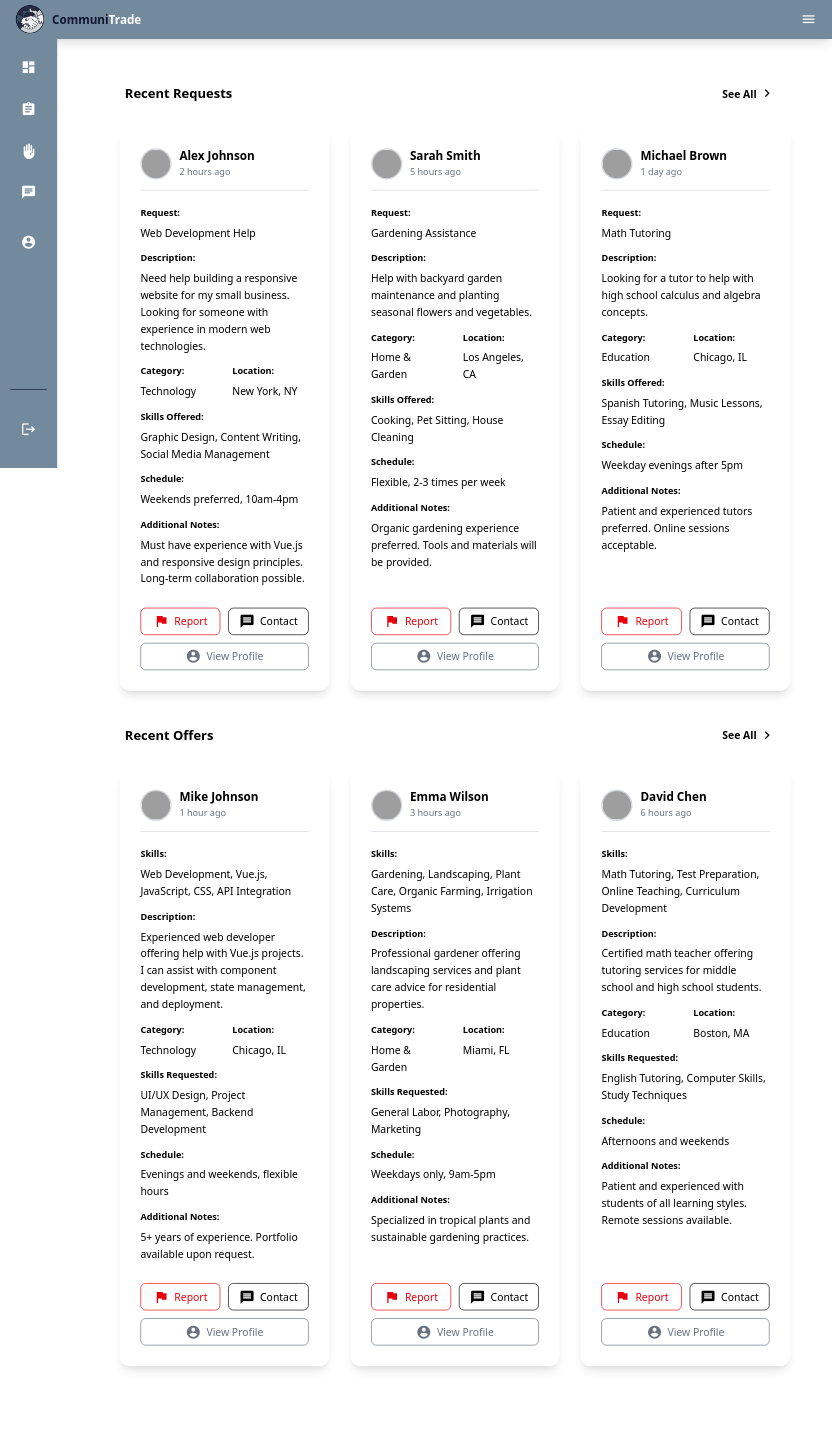
Repository: wholaanmo/communitrade_app
Page: /user/dashboard
These files come from the project's save history. The page is drawn as it stood at one moment and after the next save; the edit follows.
The browser window is 1280 px wide. The pictures show the whole page, at 65% of full size.
Pictures or frames that could not be fetched are drawn as grey boxes. The project was rebuilt for these pictures with package versions that can differ from the ones it lists, and the page was loaded fresh each time. Some packages were replaced by stand-ins written for this rebuild. The framework's server and built-in components were replaced by stand-ins that run in the browser. Also part of the build but not shown: next.config.mjs.

Above is the page before, as saved 2025-10-28 01:38:36.

### app/layout.js
import './globals.css';

export const metadata = {
  title: 'CommuniTrade - Community-Based Trading',
  description: 'Your platform for community-based trading and sharing of skills and services without using money.',
}

export default function RootLayout({ children }) {
  return (
    <html lang="en">
      <head>
        <link href="https://fonts.googleapis.com/css2?family=Poppins:wght@300;400;500;600;700&display=swap" rel="stylesheet" />
        <link href="https://cdnjs.cloudflare.com/ajax/libs/font-awesome/6.0.0/css/all.min.css" rel="stylesheet" />
        <link href="https://fonts.googleapis.com/icon?family=Material+Icons" rel="stylesheet" />

      </head>
      <body>{children}</body>
    </html>
  )
}

### app/user/layout.js
'use client'

import { useState } from 'react'
import UserNavbar from '@/components/user/UserNavbar'
import UserSidebar from '@/components/user/UserSidebar'

export default function UserLayout({ children }) {
  const [sidebarOpen, setSidebarOpen] = useState(false)

  const toggleSidebar = () => {
    setSidebarOpen(!sidebarOpen)
  }

  return (
    <div className="user-layout min-h-screen">
      <UserNavbar toggleSidebar={toggleSidebar} />
      <div className="layout-body flex min-h-[calc(100vh-60px)] mt-[60px]">
        <UserSidebar isOpen={sidebarOpen} onToggle={setSidebarOpen} />
        <main className={`user-content flex-1 transition-all duration-500 ease-out p-8 ${
          sidebarOpen ? 'ml-[var(--sidebar-width)]' : 'ml-[calc(3.5rem+32px)]'
        }`}>
          {children}
        </main>
      </div>

      <style jsx global>{`
        :root {
          --sidebar-width: 220px; /* reduced from 280px */
        }
      `}</style>

      <style jsx>{`
        @media (max-width: 768px) {
          .user-content {
            margin-left: 0 !important;
            padding: 1rem;
          }
        }
      `}</style>
    </div>
  )
}

### app/globals.css
@import "tailwindcss";


:root {
  --primary: #121731;
  --grey: #728a9c;
  --light: #ffffff;
  --dark-alt: #555555;
}

### components/user/UserNavbar.js
'use client'

export default function Navbar({ toggleSidebar }) {
  return (
    <nav className="navbar fixed top-0 left-0 right-0 h-15 bg-[#728a9c] text-white z-50 shadow-lg">
      <div className="navbar-content flex items-center justify-between h-full px-4">
        <div className="navbar-left flex items-center">
          <div className="logo-container flex items-center gap-2">
            <img
              src="../assets/CommuniTrade.png"
              alt="CommuniTrade Logo"
              className="logo-img w-13 h-13 object-contain ml-1"
            />
            <p className="logo-text font-bold text-lg text-[#121731]">
              Communi
              <span className="logo-text1 font-bold text-lg text-white">Trade</span>
            </p>
          </div>
        </div>

        <div className="navbar-right flex items-center">
          <button
            className="hamburger-btn flex items-center justify-center w-10 h-10 rounded-full transition-all duration-300 ease-in-out text-white"
            onClick={toggleSidebar}
          >
            <span className="material-icons">menu</span>
          </button>
        </div>
      </div>

      {/* Replaced style jsx → style, no design changes */}
      <style>
        {`
          .hamburger-btn:hover {
            color: #121731;
            transform: rotate(180deg);
          }

          @media (max-width: 480px) {
            .logo-text {
              font-size: 1rem;
            }

            .logo-img {
              width: 35px;
              height: 35px;
            }
          }

          @media (max-width: 360px) {
            .logo-text {
              font-size: 0.9rem;
            }
          }
        `}
      </style>
    </nav>
  )
}

### components/user/UserSidebar.jsx
'use client'

import { useState, useEffect } from 'react'
import Link from 'next/link'
import { useRouter } from 'next/navigation'

export default function Sidebar({ isOpen, onToggle }) {
  const [is_expanded, setIsExpanded] = useState(false)
  const router = useRouter()

  useEffect(() => {
    setIsExpanded(isOpen)
  }, [isOpen])

  const handleSignOut = () => {
    console.log('Sign out clicked')
  }

  return (
    <aside className={`
      flex flex-col items-center font-['Inter']
      min-h-[calc(100vh-60px)] overflow-hidden p-4
      bg-[#728a9c] text-[#121731] transition-all duration-500 ease-out
      fixed left-0 top-[60px] z-50
      ${is_expanded ? 'w-[280px] items-start' : 'w-[calc(3.5rem+32px)] items-center'}
    `}>
      {/* Menu Items */}
      <div className={`
        menu w-full m-0 flex flex-col flex-1
        ${is_expanded ? 'items-stretch' : 'items-center'}
      `}>
        <Link href="/" className={`
          button flex items-center no-underline p-4
          transition-all duration-200 ease-out rounded-lg mb-2
          hover:bg-white
          ${is_expanded ? 'justify-start' : 'justify-center w-full'}
        `}>
          <span className="material-icons text-2xl text-white transition-all duration-200 ease-out min-w-8 text-center hover:text-[#728a9c]">dashboard</span>
          <span className={`
            text-white transition-all duration-200 ease-out
            hover:text-[#728a9c]
            ${is_expanded ? 'opacity-100 w-auto pl-4' : 'opacity-0 w-0 overflow-hidden'}
          `}>Dashboard</span>
        </Link>

        <Link href="/request" className={`
          button flex items-center no-underline p-4
          transition-all duration-200 ease-out rounded-lg mb-2
          hover:bg-white
          ${is_expanded ? 'justify-start' : 'justify-center w-full'}
        `}>
          <span className="material-icons text-2xl text-white transition-all duration-200 ease-out min-w-8 text-center hover:text-[#728a9c]">assignment</span>
          <span className={`
            text-white transition-all duration-200 ease-out
            hover:text-[#728a9c]
            ${is_expanded ? 'opacity-100 w-auto pl-4' : 'opacity-0 w-0 overflow-hidden'}
          `}>Requests</span>
        </Link>

        <Link href="/offer" className={`
          button flex items-center no-underline p-4
          transition-all duration-200 ease-out rounded-lg mb-2
          hover:bg-white
          ${is_expanded ? 'justify-start' : 'justify-center w-full'}
        `}>
          <span className="material-icons text-2xl text-white transition-all duration-200 ease-out min-w-8 text-center hover:text-[#728a9c]">front_hand</span>
          <span className={`
            text-white transition-all duration-200 ease-out
            hover:text-[#728a9c]
            ${is_expanded ? 'opacity-100 w-auto pl-4' : 'opacity-0 w-0 overflow-hidden'}
          `}>Offers</span>
        </Link>

        <Link href="/message" className={`
          button flex items-center no-underline p-4
          transition-all duration-200 ease-out rounded-lg mb-2
          hover:bg-white
          ${is_expanded ? 'justify-start' : 'justify-center w-full'}
        `}>
          <span className="material-icons text-2xl text-white transition-all duration-200 ease-out min-w-8 text-center hover:text-[#728a9c]">chat</span>
          <span className={`
            text-white transition-all duration-200 ease-out
            hover:text-[#728a9c]
            ${is_expanded ? 'opacity-100 w-auto pl-4' : 'opacity-0 w-0 overflow-hidden'}
          `}>Messages</span>
        </Link>

        <Link href="/account" className={`
          button flex items-center no-underline p-4
          transition-all duration-200 ease-out rounded-lg mb-2
          hover:bg-white
          ${is_expanded ? 'justify-start' : 'justify-center w-full'}
        `}>
          <span className="material-icons text-2xl text-white transition-all duration-200 ease-out min-w-8 text-center hover:text-[#728a9c]">account_circle</span>
          <span className={`
            text-white transition-all duration-200 ease-out
            hover:text-[#728a9c]
            ${is_expanded ? 'opacity-100 w-auto pl-4' : 'opacity-0 w-0 overflow-hidden'}
          `}>My Account</span>
        </Link>
      </div>

      {/* Sign Out Button */}
      <div className="menu-bottom flex justify-center w-full mt-auto pt-4 border-t border-[#121731]">
        <button onClick={handleSignOut} className={`
          sign-out flex items-center no-underline p-4
          transition-all duration-200 ease-out rounded-lg
          hover:bg-white bg-none border-none cursor-pointer
          ${is_expanded ? 'justify-start w-full' : 'justify-center w-full'}
        `}>
          <span className="material-icons text-2xl text-white transition-all duration-200 ease-out min-w-8 text-center hover:text-[#728a9c]">logout</span>
          <span className={`
            text-white transition-all duration-200 ease-out text-lg
            hover:text-[#728a9c]
            ${is_expanded ? 'opacity-100 w-auto pl-4' : 'opacity-0 w-0 overflow-hidden'}
          `}>Sign Out</span>
        </button>
      </div>
    </aside>
  )
}

Loaded but not shown: app/user/dashboard/page.js (773 lines, source omitted)

After the next save:
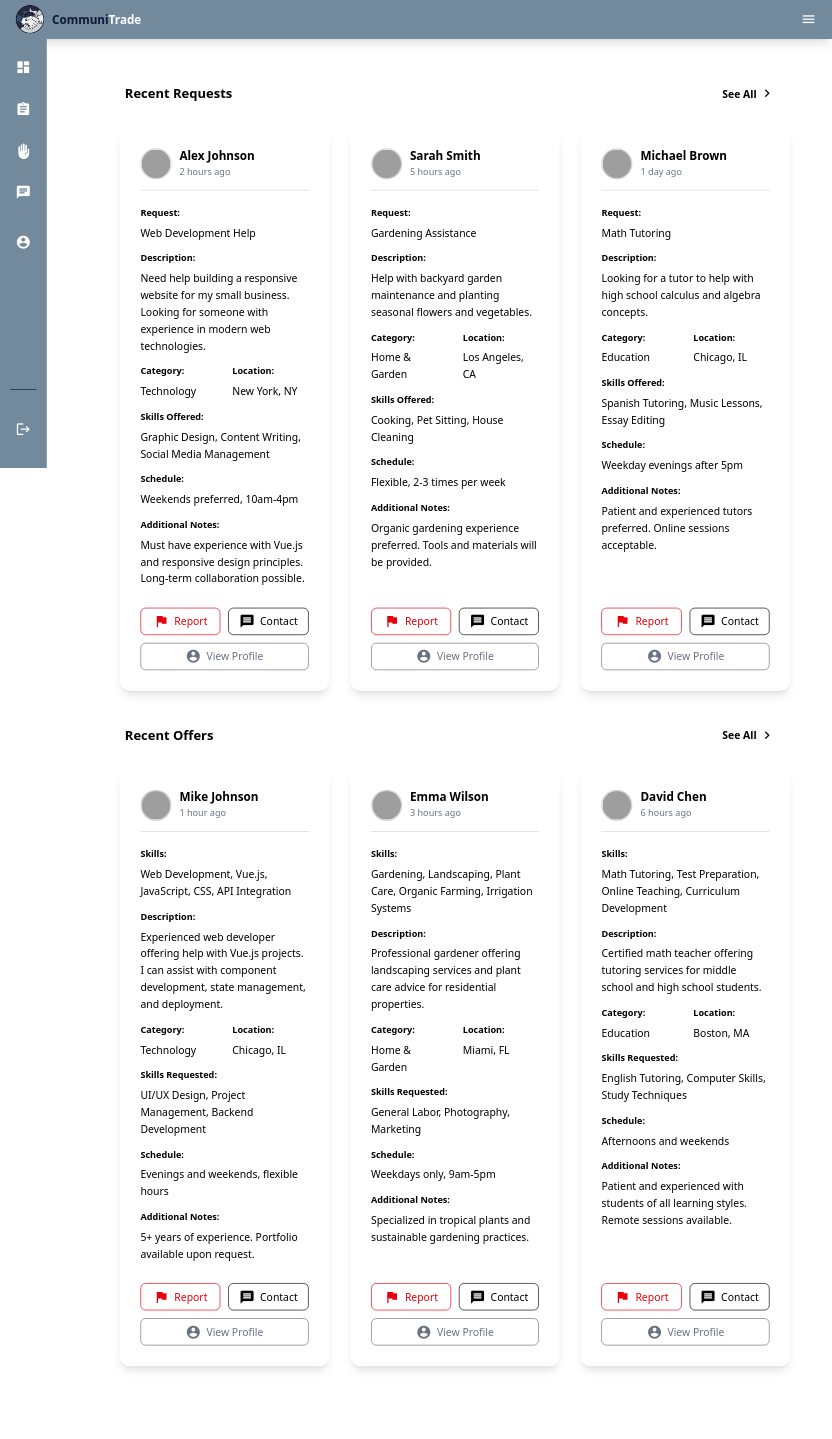
Saved 24 s later.
--- a/components/user/UserSidebar.jsx
+++ b/components/user/UserSidebar.jsx
@@ -22,7 +22,7 @@ export default function Sidebar({ isOpen, onToggle }) {
       min-h-[calc(100vh-60px)] overflow-hidden p-4
       bg-[#728a9c] text-[#121731] transition-all duration-500 ease-out
       fixed left-0 top-[60px] z-50
-      ${is_expanded ? 'w-[280px] items-start' : 'w-[calc(3.5rem+32px)] items-center'}
+      ${is_expanded ? 'w-[280px] items-start' : 'w-[calc(2.5rem+32px)] items-center'}
     `}>
       {/* Menu Items */}
       <div className={`
